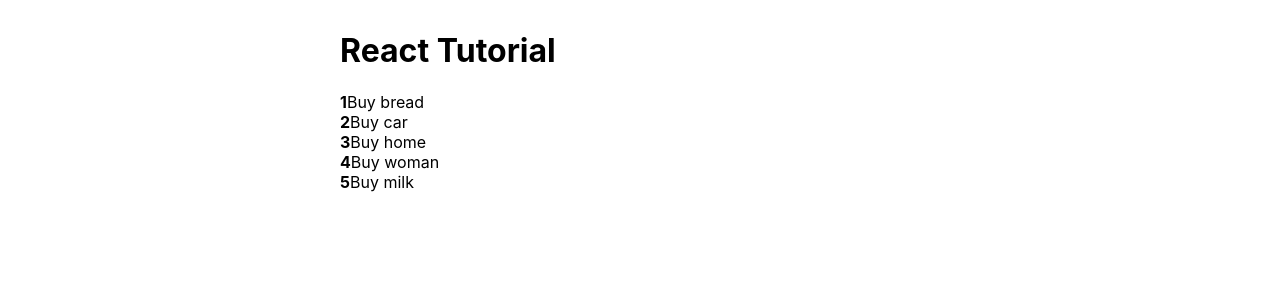
Repository: GregorPiev/rorganizer
Page: /
These files come from the project's save history. The page is drawn as it stood at one moment and after the next save; the edit follows.
The browser window is 1280 px wide. The pictures show the whole page.
The project was rebuilt for these pictures with package versions that can differ from the ones it lists, and the page was loaded fresh each time.

Above is the page before, as saved 2020-08-17 12:48:03.

### src/index.css
body {
	margin: 0;
	font-family: -apple-system, BlinkMacSystemFont, 'Segoe UI', 'Roboto', 'Oxygen',
		'Ubuntu', 'Cantarell', 'Fira Sans', 'Droid Sans', 'Helvetica Neue',
		sans-serif;
	-webkit-font-smoothing: antialiased;
	-moz-osx-font-smoothing: grayscale;
}

code {
	font-family: source-code-pro, Menlo, Monaco, Consolas, 'Courier New',
		monospace;
}
.wrapper {
	padding-top: 5px;
	margin: 5px auto;
	width: 600px;
}

### src/App.js
import React from 'react';
import TodoList from './Todo/TodoList/TodoList';

function App() {
  const todos = [
    { id: 1, completed: false, title: 'Buy bread' },
    { id: 2, completed: false, title: 'Buy car' },
    { id: 3, completed: false, title: 'Buy home' },
    { id: 4, completed: false, title: 'Buy woman' },
    { id: 5, completed: false, title: 'Buy milk' }
  ];
  return (
    <div className='wrapper'>
      <h1>React Tutorial</h1>
      <TodoList todos={todos} />
    </div>
  );
}

export default App;

### src/Todo/TodoList/TodoList.js
import React from 'react';
import './TodoList.css';
import TodoItem from '../TodoItem/TodoItem';

export default function TodoList(props) {
    return (
        <ul className="ul_base">
            {
                props.todos.map((todo, index) => {
                    return <TodoItem key={todo.id} todo={todo} index={index} />
                })
            }
        </ul>
    )

}

### src/Todo/TodoList/TodoList.css
.ul_base {
    list-style: none;
    margin: 0;
    padding: 0;
}

### src/Todo/TodoItem/TodoItem.js
import React from 'react';

export default function TodoItem({ todo, index }) {

    return (
        <li><strong>{index + 1}</strong>{todo.title}</li>
    )
}

Loaded but not shown: public/index.html (common file); src/index.js (common file); src/serviceWorker.js (common file)

After the next save:
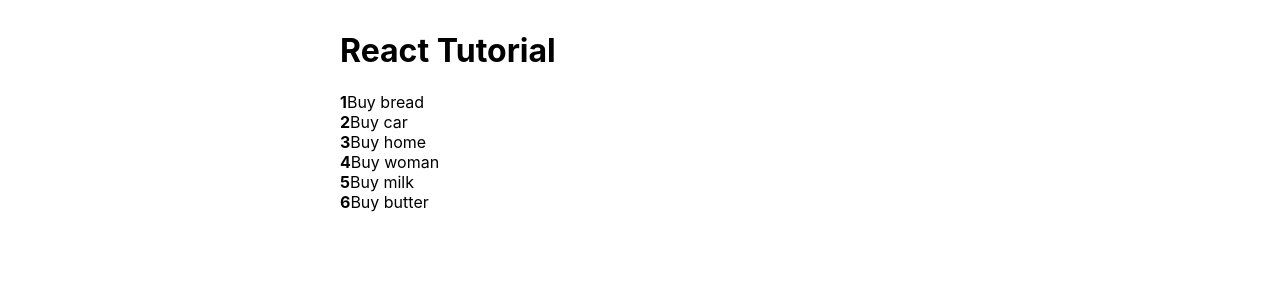
Saved 75 s later.
--- a/src/App.js
+++ b/src/App.js
@@ -7,7 +7,9 @@ function App() {
     { id: 2, completed: false, title: 'Buy car' },
     { id: 3, completed: false, title: 'Buy home' },
     { id: 4, completed: false, title: 'Buy woman' },
-    { id: 5, completed: false, title: 'Buy milk' }
+    { id: 5, completed: false, title: 'Buy milk' },
+    { id: 6, completed: false, title: 'Buy butter' }
+
   ];
   return (
     <div className='wrapper'>
